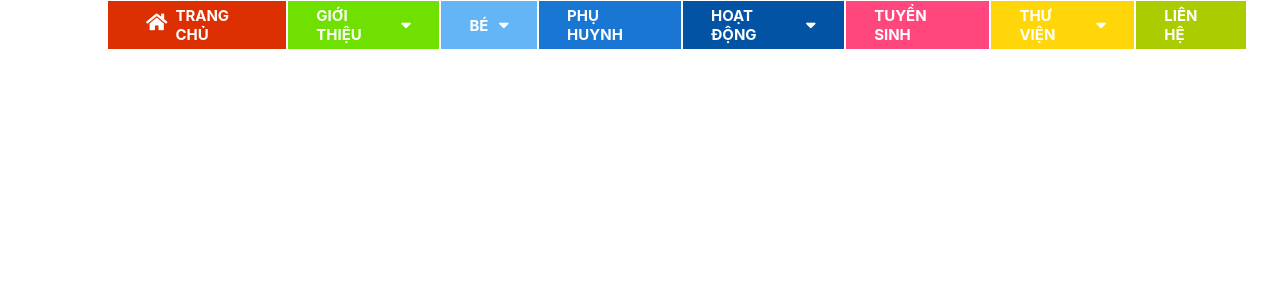
Repository: Luong-tung/mamnonAnhDuong
Page: index3.html
An editor plug-in stored every save of this project. The page is shown before and after the next save, followed by the edit.
The browser window is 1280 px wide. The pictures show the whole page.
Some web libraries are served in a nearby version.

Above is the page before, as saved 2021-10-08 07:45:35.

After the next save:
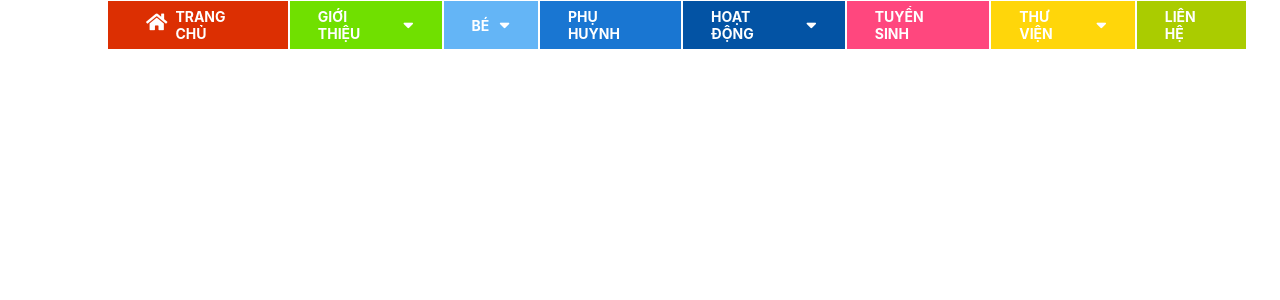
Saved 13 s later.
--- a/iu3.css
+++ b/iu3.css
@@ -43,7 +43,7 @@
     color: white;
     font-family: -apple-system, BlinkMacSystemFont, 'Segoe UI', Roboto, Oxygen, Ubuntu, Cantarell, 'Open Sans', 'Helvetica Neue', sans-serif;
     font-weight: bold;
-    font-size: 15px;
+    font-size: 14px;
 
 }
 .main .navbar ul .navbar-home {
